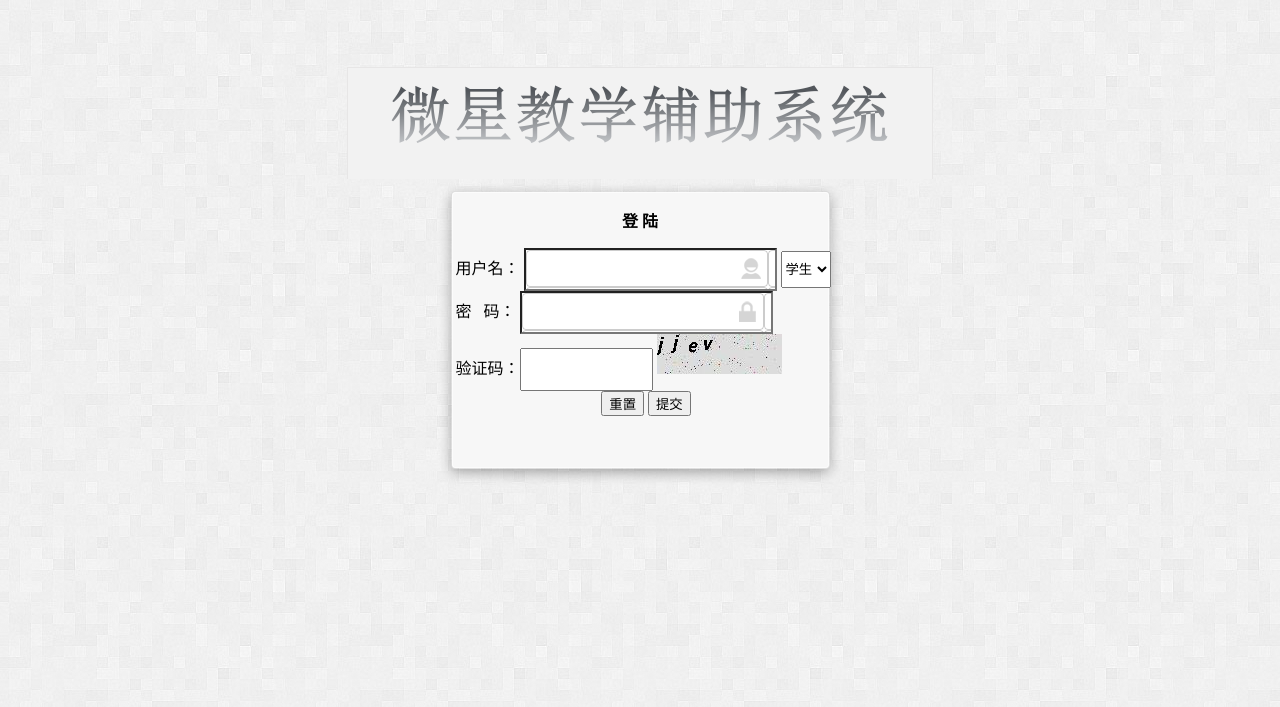
Repository: wxbuditou/Java-
Page: http://localhost/Project/
An editor plug-in stored every save of this project. The page is shown before and after the next save, followed by the edit.
The browser window is 1280 px wide. The pictures show the whole page.
The page is served by Tomcat 9.

Above is the page before, as saved 2019-06-27 07:24:40.

After the next save:
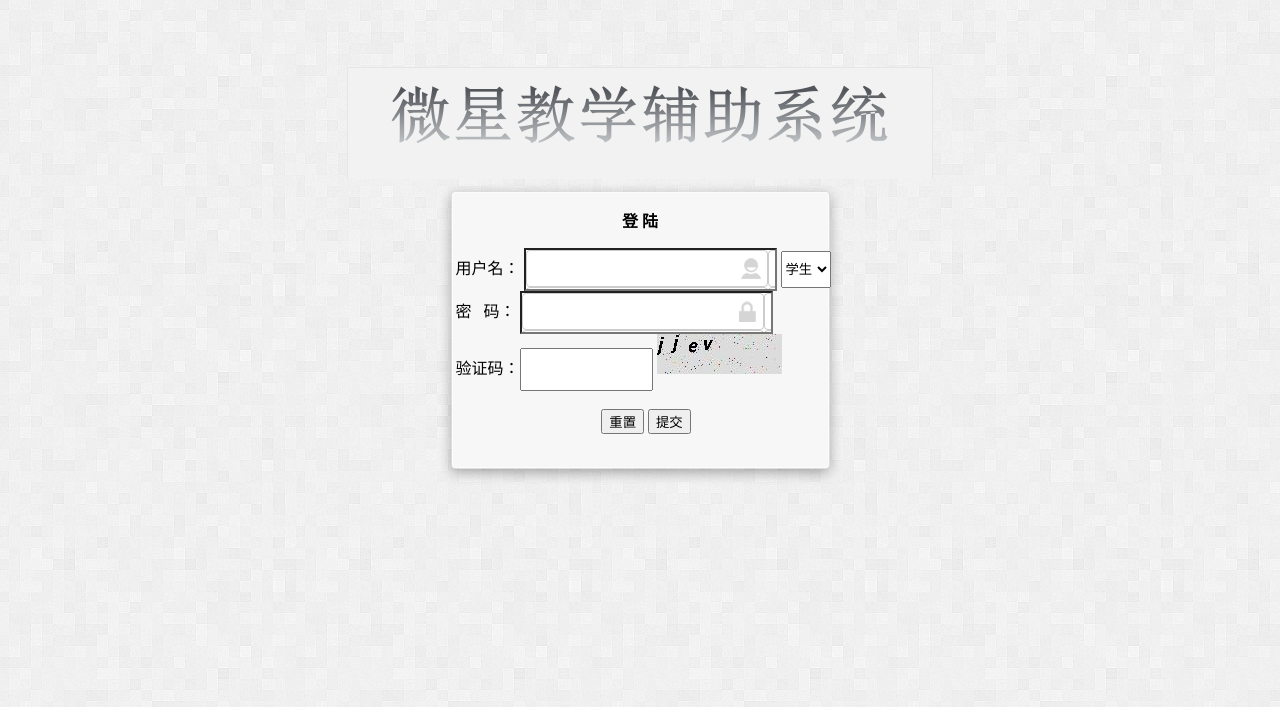
Saved 29 s later.
--- a/Project/WebContent/index.jsp
+++ b/Project/WebContent/index.jsp
@@ -122,8 +122,9 @@ body {
 			密&nbsp;&nbsp;&nbsp;码：
     <input type="password" name="password" id="password" style="  width:245px; height:37px;" class="password">
 	<br>
+	<div>
 	验证码：<input type="text" name="code" id="code" style="  width:125px; height:37px;">
-	<img src="servlet/CheckCodeServlet"><br>
+	<img src="servlet/CheckCodeServlet"></div><br>
     <div style="text-align:center;">
 	<input type="reset" value="重置" style=" text">
 	<input type="button" value="提交" onclick="judge();">
